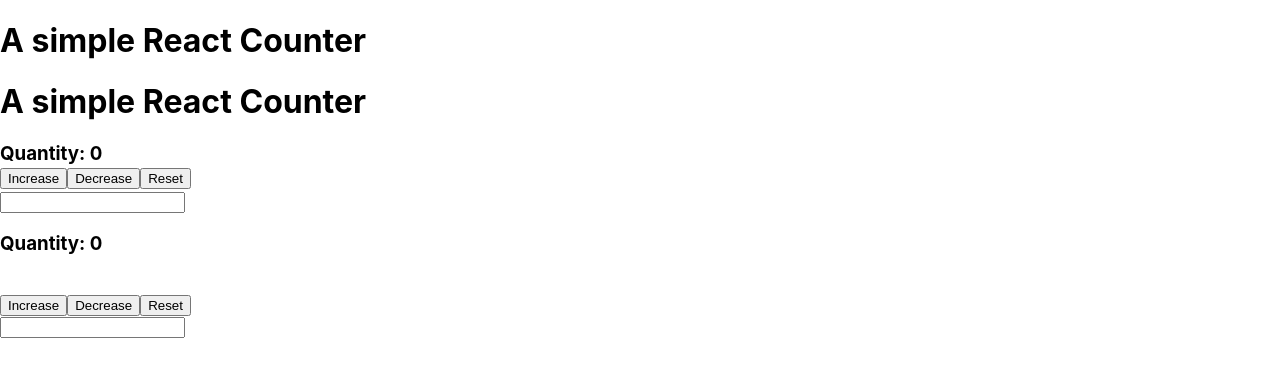
Repository: qudos4real/altschool-second-sem
Page: /
An editor plug-in stored every save of this project. The page is shown before and after the next save, followed by the edit.
The browser window is 1280 px wide. The pictures show the whole page.
The project was rebuilt for these pictures with package versions that can differ from the ones it lists, and the page was loaded fresh each time. A package was used in the major version that the imports need, not the one package.json lists. Also part of the build but not shown: src/App.css.

Above is the page before, as saved 2022-11-04 09:57:02.

### src/App.js
import React from 'react';
import Counter from './Components/Counter';
import './App.css';
import Reducer from './Components/Reducer';
import Home from './Components/Home';
import { BrowserRouter as Router, Route, Switch } from 'react-router-dom';




function App() {

  return (
    <>
      <Router>

        <Switch>
          <Route exact path="/" component={Home} />
          <Route exact path="/counter" component={Counter} />
          <Route exact path="/reducer" component={Reducer} />
        </Switch>
      </Router>
    <Home />
    <Counter />
    <Reducer />
    </>

  );
}

export default App;

### src/Components/Counter.js
import React from "react";
import { useCounter } from "../hooks/useCounter";

function Counter() {
  const quantity = useCounter(0);
  return (
    <div>
      <h3>
        Quantity: {quantity.count}
        <br />
        <button onClick={quantity.increment}>Increase</button>
        <button onClick={quantity.decrement}>Decrease</button>
        <button onClick={quantity.reset}>Reset</button>
        <br />
        <input
          type="number"
          onChange={(e) => quantity.setValue(e.target.value)}
        />
      </h3>
    </div>
  );
}

export default Counter;

### src/Components/Reducer.js
import React from "react";
import { useReducer } from "react";
import { reducer } from "../hooks/reducer.1";

function Reducer() {
  const [state, dispatch] = useReducer(reducer, { count: 0 });
  return (
    <>
      <h3> Quantity: {state.count}</h3>
      <br />
      <button onClick={() => dispatch({ type: "increment" })}>Increase</button>
      <button onClick={() => dispatch({ type: "decrement" })}>Decrease</button>
      <button onClick={() => dispatch({ type: "reset" })}>Reset</button>
      <br />
      <input
        type="number"
        onChange={(e) => dispatch({ type: "setValue", value: e.target.value })}
      />
    </>
  );
}

export default Reducer;

### src/Components/Home.js
import React from "react";

function Home() {
  return (
    <div>
      <h1>A simple React Counter</h1>
    </div>
  );
}

export default Home;

### src/hooks/useCounter.js
import { useState } from "react";

export const useCounter = (initialValue) => {
    const [count, setCount] = useState(initialValue);
    const increment = () => {
        setCount(count + 1);
    };
    const decrement = () => {
        count > 0 && setCount(count - 1);
    };
    const reset = () => {
        setCount(initialValue);
    };
    const setValue = (value) => {
        setCount(value);
    };
    return { count, increment, decrement, reset, setValue };
};

### src/hooks/reducer.1.js
export function reducer(state, action) {
    switch (action.type) {
        case "increment":
            return { count: state.count + 1 };
        case "decrement":
            return { count: state.count - 1 };
        case "reset":
            return { count: 0 };
        case "setValue":
            return { count: action.value };
        default:
            return state;
    }
}

Loaded but not shown: public/index.html (common file); src/index.js (common file); src/index.css (common file); src/reportWebVitals.js (common file)

After the next save:
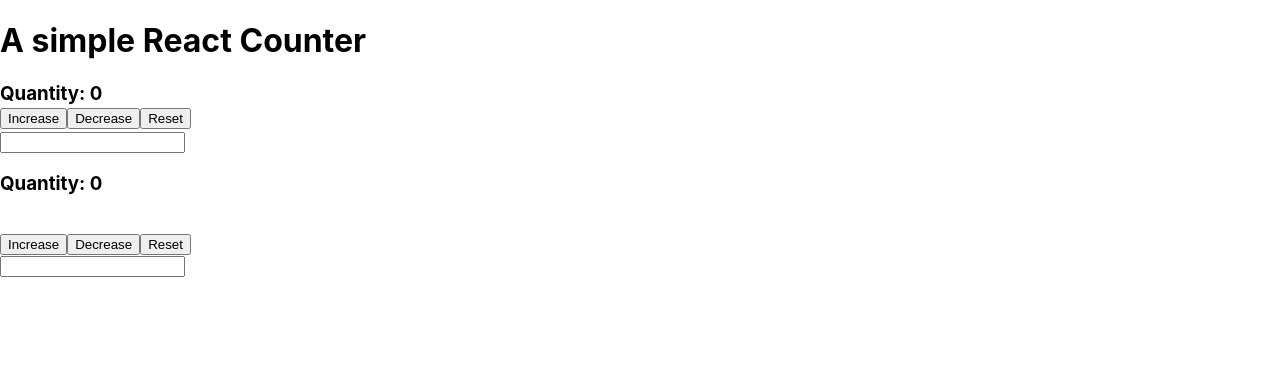
Saved 8 s later.
--- a/src/App.js
+++ b/src/App.js
@@ -15,9 +15,9 @@
       <Router>
 
         <Switch>
-          <Route exact path="/" component={Home} />
+          {/* <Route exact path="/" component={Home} />
           <Route exact path="/counter" component={Counter} />
-          <Route exact path="/reducer" component={Reducer} />
+          <Route exact path="/reducer" component={Reducer} /> */}
         </Switch>
       </Router>
     <Home />
